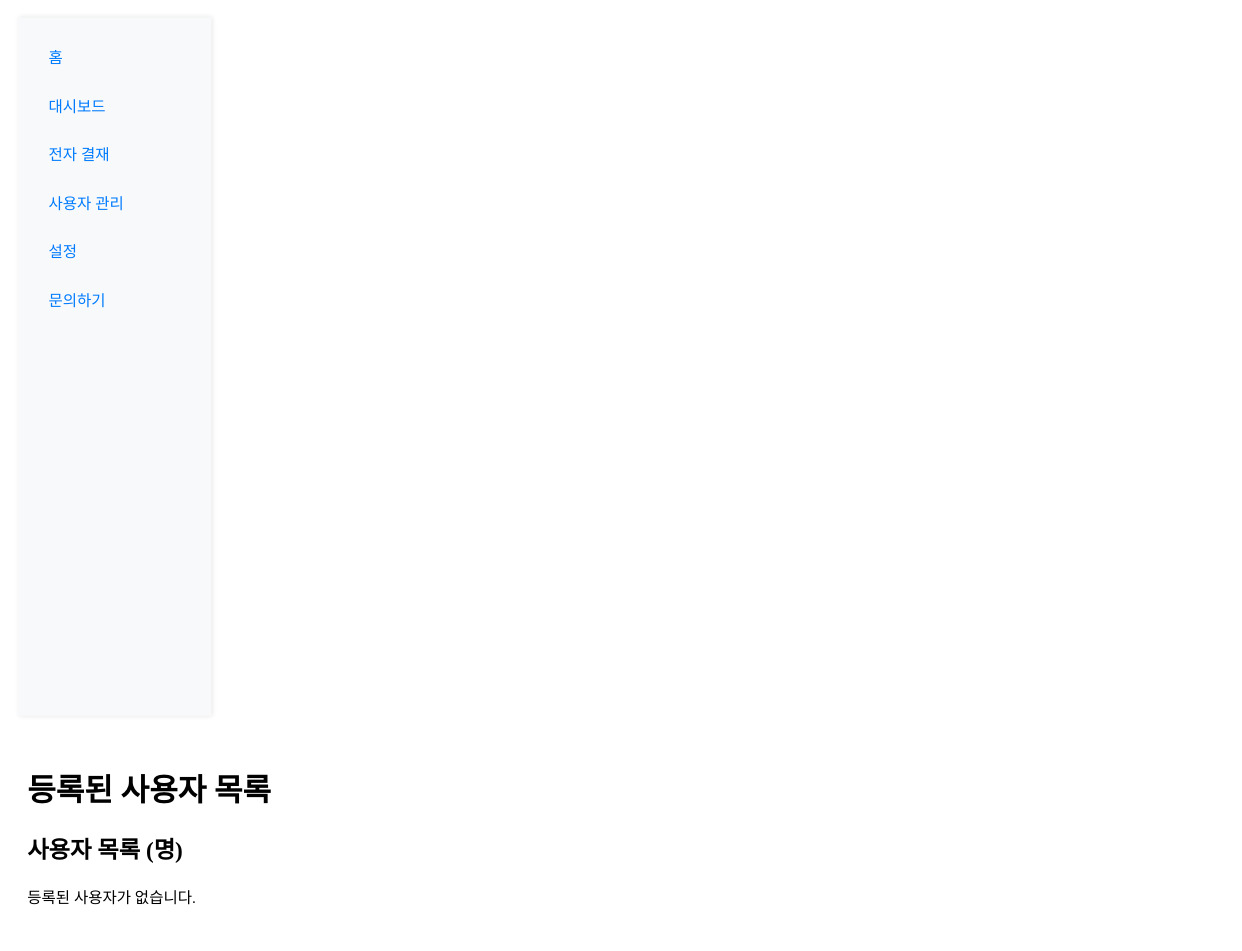
Repository: devgolol/Flow
Page: http://localhost/coretime/WEB-INF/views/users.jsp
These files come from the project's save history. The page is drawn as it stood at one moment and after the next save; the edit follows.
The browser window is 1280 px wide. The pictures show the whole page, at 97% of full size.
The page is served by Tomcat 9. Nobody is signed in. The template is opened directly, without the code that normally fills it, so the values that code supplies are empty.

Above is the page before, as saved 2025-07-02 08:11:33.
Console error: TypeError: Cannot read properties of null (reading 'addEventListener')

After the next save:
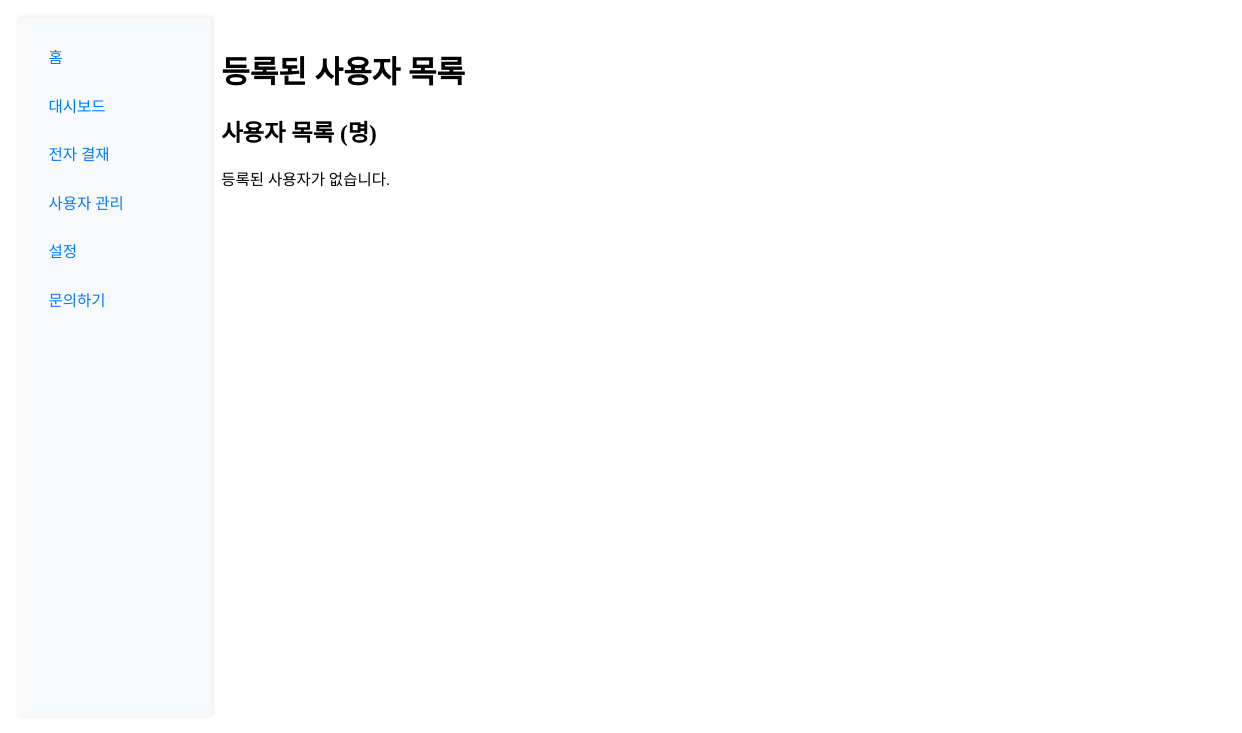
Saved 10 s later.
--- a/coretime/src/main/webapp/WEB-INF/views/users.jsp
+++ b/coretime/src/main/webapp/WEB-INF/views/users.jsp
@@ -11,6 +11,9 @@
 <title>Insert title here</title>
 
 <style>
+body{
+display: flex;
+}
 table {
 	width: 100%;
 	border-collapse: collapse;
